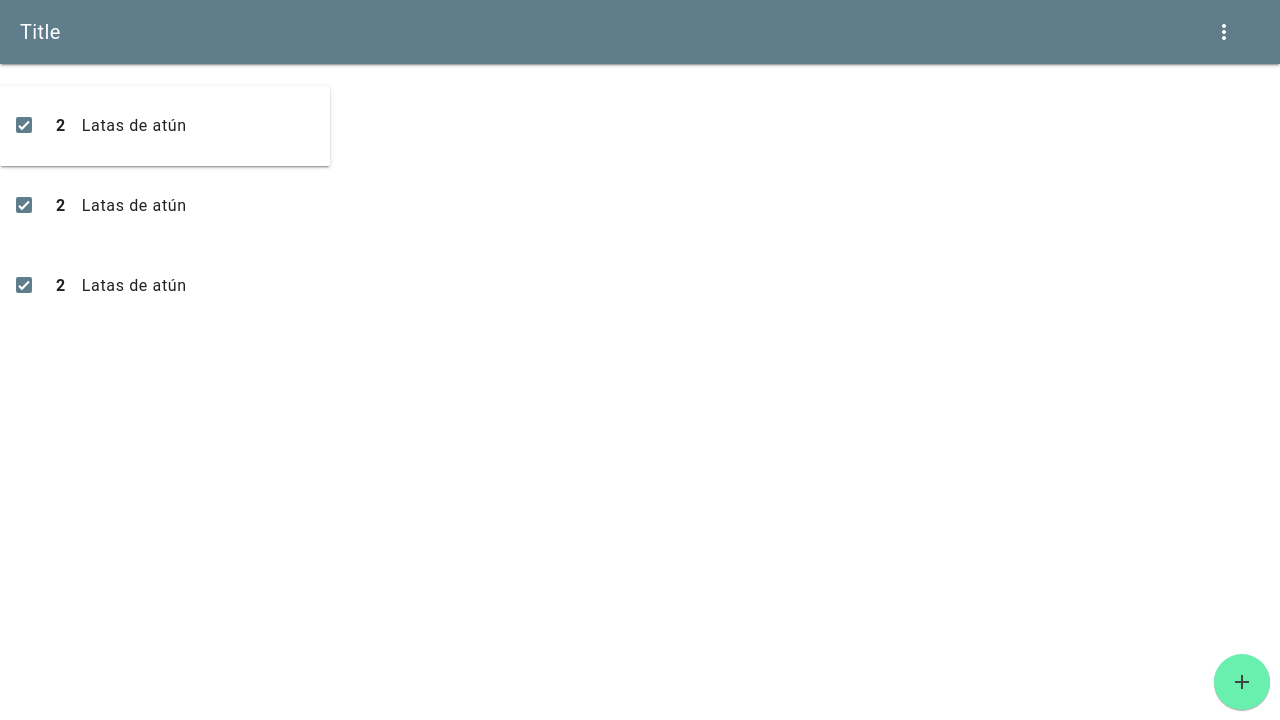
Repository: robertods/robertods.github.io
Page: my-pwa/mockups/main.html
These files come from the project's save history. The page is drawn as it stood at one moment and after the next save; the edit follows.
The browser window is 1280 px wide. The pictures show the whole page.

Above is the page before, as saved 2022-04-25 20:57:32.

After the next save:
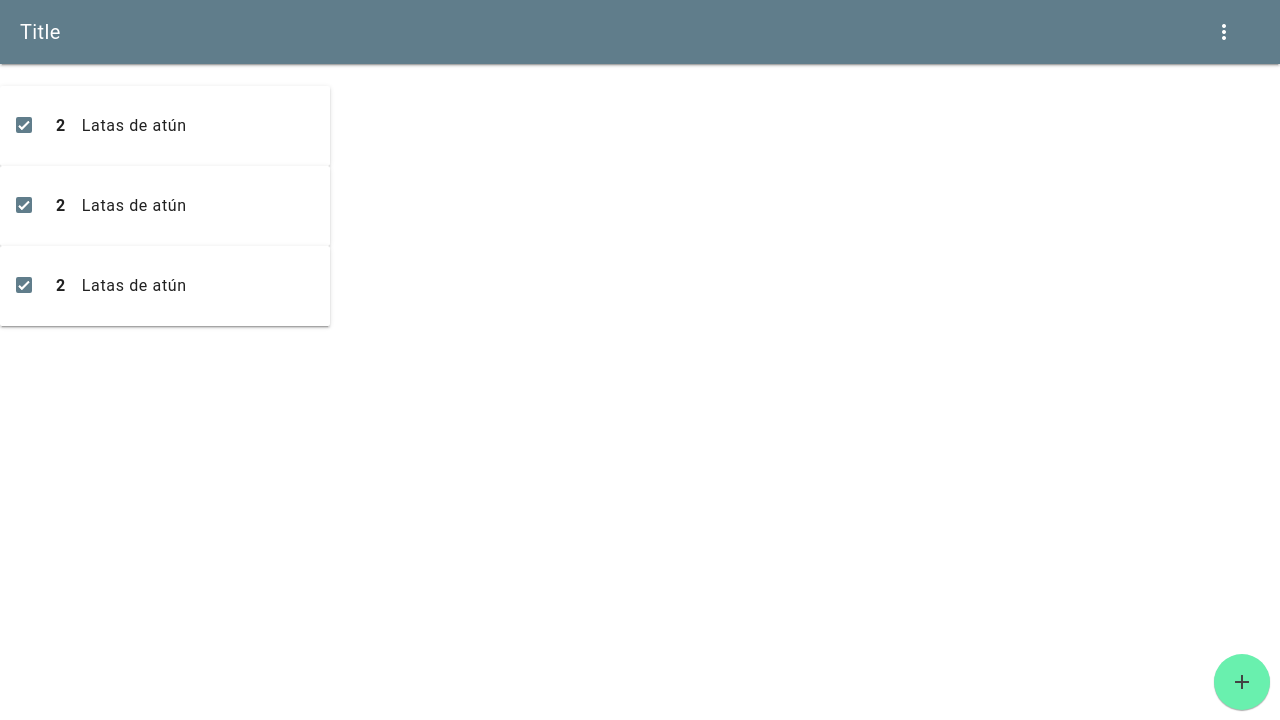
Saved 5 s later.
--- a/my-pwa/mockups/main.html
+++ b/my-pwa/mockups/main.html
@@ -53,7 +53,7 @@
               Latas de atún
             </span>
           </li>
-          <li class="mdl-list__item ">
+          <li class="mdl-list__item mdl-card mdl-shadow--2dp">
             <span class="mdl-list__item-secondary-action">
               <label class="mdl-checkbox mdl-js-checkbox mdl-js-ripple-effect" for="list-checkbox-1">
                 <input type="checkbox" id="list-checkbox-1" class="mdl-checkbox__input" checked />
@@ -64,7 +64,7 @@
               Latas de atún
             </span>
           </li>
-          <li class="mdl-list__item">
+          <li class="mdl-list__item mdl-card mdl-shadow--2dp">
             <span class="mdl-list__item-secondary-action">
               <label class="mdl-checkbox mdl-js-checkbox mdl-js-ripple-effect" for="list-checkbox-1">
                 <input type="checkbox" id="list-checkbox-1" class="mdl-checkbox__input" checked />
